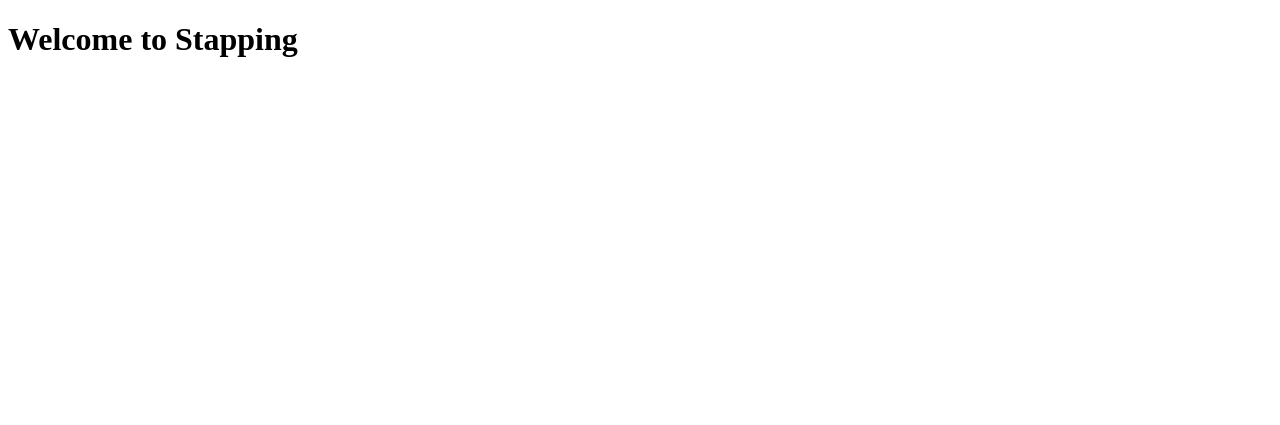
Repository: Dax2002/Stapping
Page: home.html
An editor plug-in stored every save of this project. The page is shown before and after the next save, followed by the edit.
The browser window is 1280 px wide. The pictures show the whole page.

Above is the page before, as saved 2025-05-06 10:30:34.

### home.html
<!DOCTYPE html>
<html lang="en">
<head>
    <meta charset="UTF-8">
    <meta name="viewport" content="width=device-width, initial-scale=1.0">
    <title>Home</title>
</head>
<body>
    <h1>Welcome to Stapping</h1>
</body>
</html>

Loaded but not shown: style.css (no stored copy; drawn as an empty file)

After the next save:
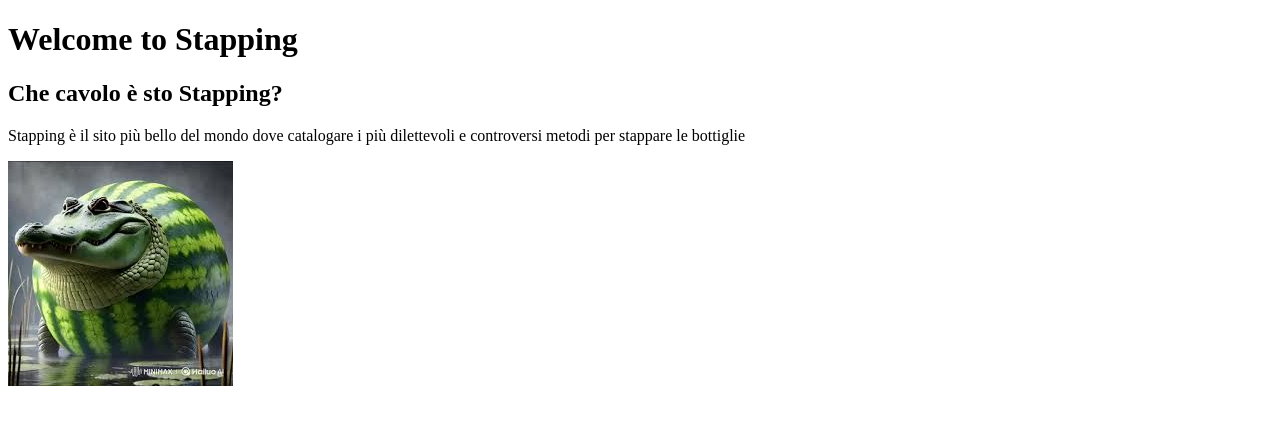
Saved 4 min 12 s later.
--- a/home.html
+++ b/home.html
@@ -7,5 +7,11 @@
 </head>
 <body>
     <h1>Welcome to Stapping</h1>
+    <div class="container">
+        <h2>Che cavolo è sto Stapping?</h2>
+        <p>Stapping è il sito più bello del mondo dove catalogare i più dilettevoli e controversi metodi per stappare le bottiglie</p>
+    </div>
+    <img src="/immagini/glorbo.jpeg" alt="GLORBO" class="glorbo">
 </body>
+<link rel="stylesheet" href="style.css">
 </html>
